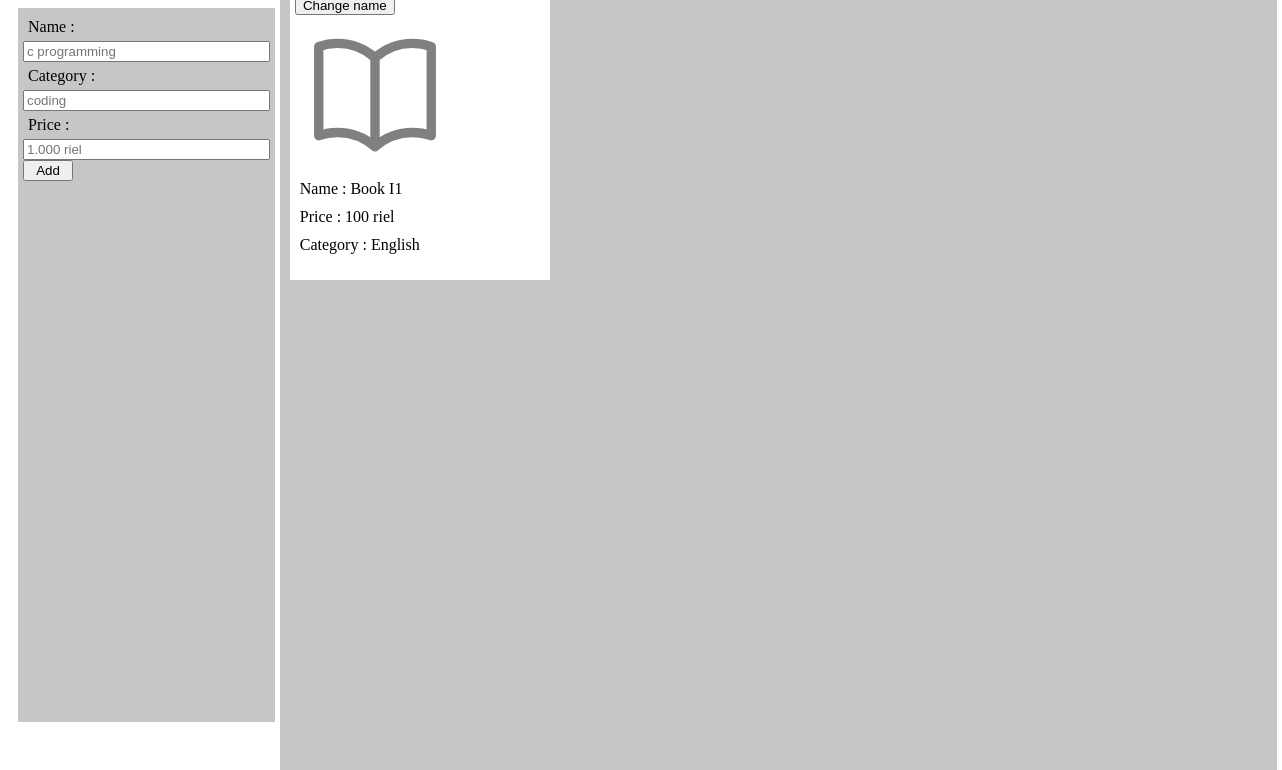
Repository: Sarah7223/internet-programming-tp
Page: TP2/TP02.6.html
The author's editor kept a copy of each file at every save. The page is drawn from the files as they stood at one save, then again after the next save.
The browser window is 1280 px wide. The page is 1282 px wide, so the pictures cover 1282 px, including what lies to the right of the window. The pictures show the whole page.

Above is the page before, as saved 2023-01-14 17:02:41.

After the next save:
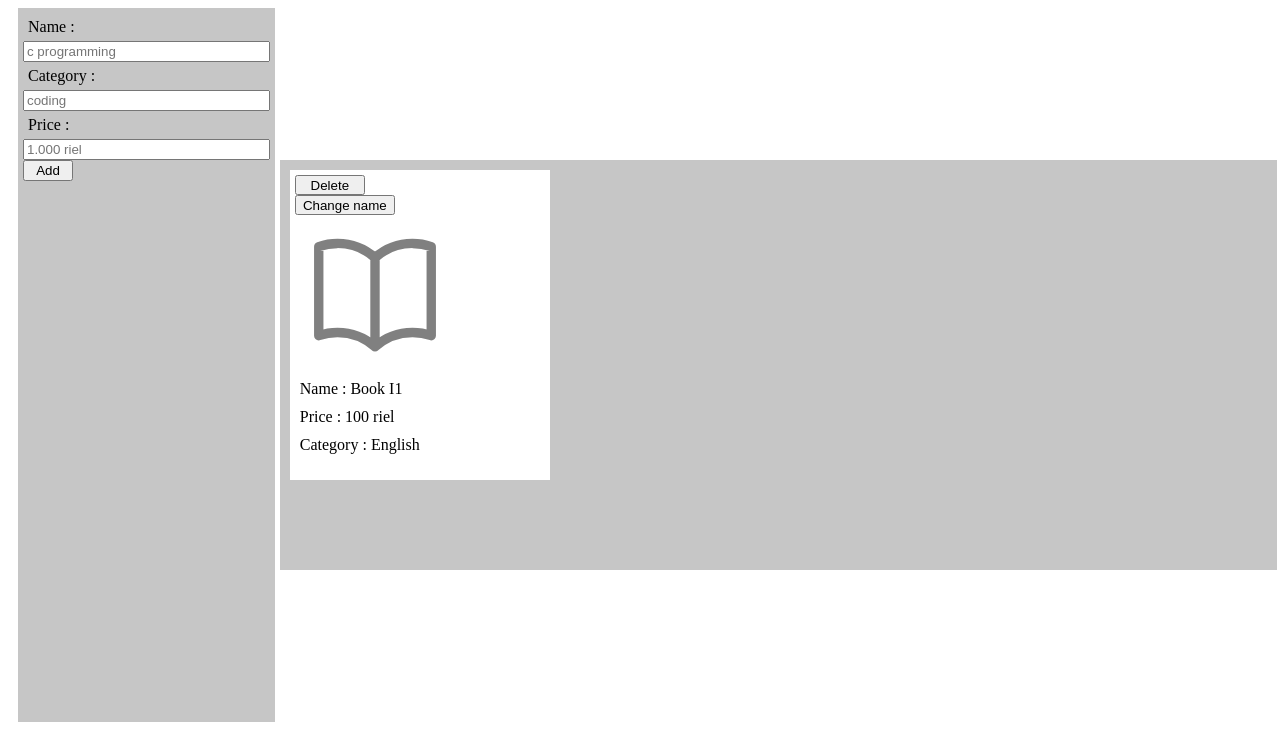
Saved 27 s later.
--- a/TP2/TP02.6.html
+++ b/TP2/TP02.6.html
@@ -21,7 +21,7 @@
         .second-column{
             display: flex;
             width: 1200px;
-            height:800px;
+            height:400px;
             background-color: rgb(198, 198, 198);
             flex-direction: column;
             flex-wrap: wrap;

After the save that followed:
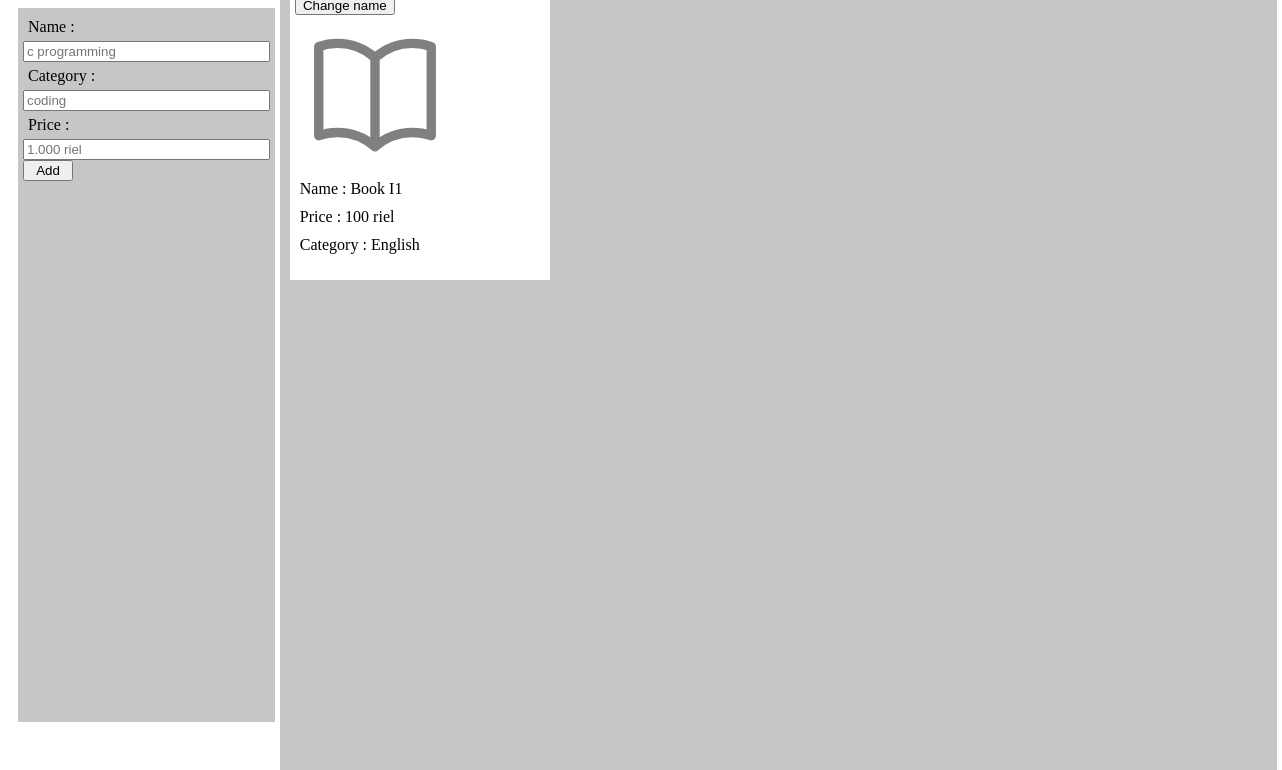
Saved 38 s later.
--- a/TP2/TP02.6.html
+++ b/TP2/TP02.6.html
@@ -21,7 +21,7 @@
         .second-column{
             display: flex;
             width: 1200px;
-            height:400px;
+            height:800px;
             background-color: rgb(198, 198, 198);
             flex-direction: column;
             flex-wrap: wrap;
